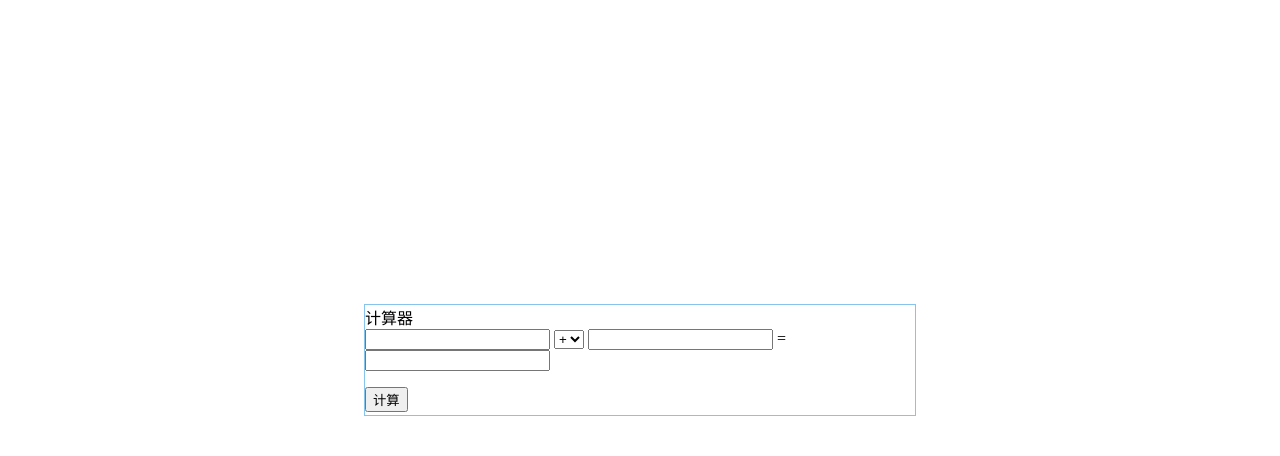
Repository: guirui-li/StudyJavaWeb
Page: http://localhost/JavawebTest/experiment03/jisuan.jsp
These files come from the project's save history. The page is drawn as it stood at one moment and after the next save; the edit follows.
The browser window is 1280 px wide. The pictures show the whole page.
The page is served by Tomcat 9. Other server files are loaded and not shown.

Above is the page before, as saved 2019-05-03 06:39:38.

### JavawebTest/WebContent/experiment03/jisuan.jsp
<%@ page language="java" contentType="text/html; charset=UTF-8"
    pageEncoding="UTF-8"%>
<!DOCTYPE html>
<html>
<head>
<meta charset="UTF-8">
<title>计算器</title>
	<style type="text/css">
		#jisuan{
			border: 1px solid #87c4ed;
			width:550px;
			height:110px;
			position: absolute;
			top:50%;
			left:50%;
			transform:translate(-50%,-50%);
		}
	</style>
</head>
<body>
	<%
		String number1str=request.getParameter("number1");
		String number2str=request.getParameter("number2");
		String optionstr=request.getParameter("select");
		String sum=request.getParameter("sum");
		if(number1str==null||number2str==null||optionstr==null||sum==null){
			number1str="";
			number2str="";
			optionstr="+";
			sum="";
		}
	%>
	<div id="jisuan">
	计算器
	<form action="dojisuan.jsp" name="form1" method="post" id="form1">
		<label>
			<input type="text" name="number1" value="<%= number1str%>"/>
		</label>
		<label>
			<select name="select">
				<option value="+" selected="selected">+</option>
				<option value="-" >-</option>
				<option value="*" >*</option>
				<option value="/" >/</option>
			</select>
		</label>
		<label>
			<input type="text" name="number2" value="<%= number2str%>">
		</label>
		=
		<label>
			<input type="text" name="sum" value="<%=sum %>">
		</label>
		<p>
			<label>
				<input type="submit" name="Submit" value="计算" />
			</label>
		</p>
	</form>
	</div>
</body>
</html>

After the next save:
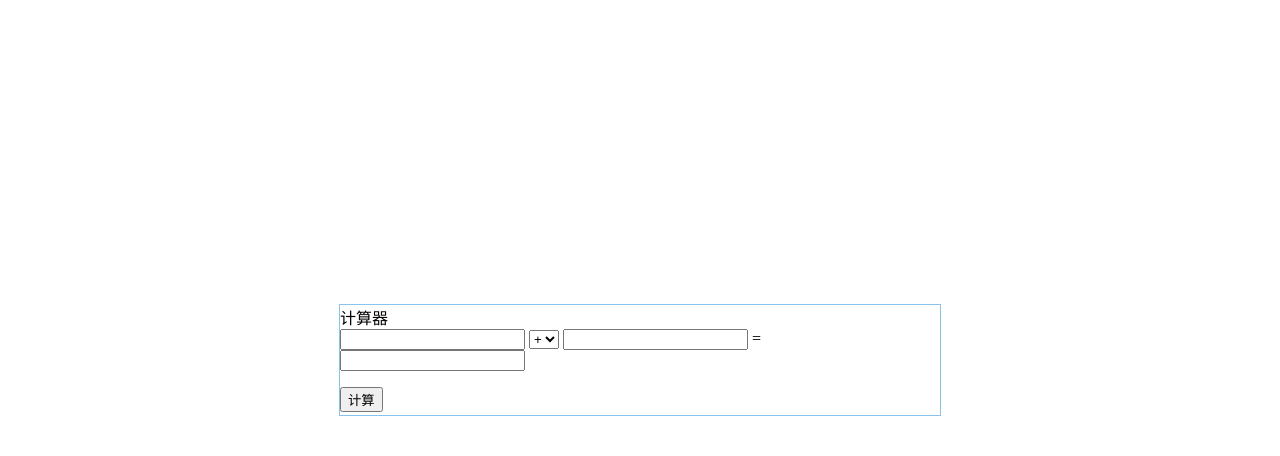
Saved 8 s later.
--- a/JavawebTest/WebContent/experiment03/jisuan.jsp
+++ b/JavawebTest/WebContent/experiment03/jisuan.jsp
@@ -8,7 +8,7 @@
 	<style type="text/css">
 		#jisuan{
 			border: 1px solid #87c4ed;
-			width:550px;
+			width:600px;
 			height:110px;
 			position: absolute;
 			top:50%;

After the save that followed:
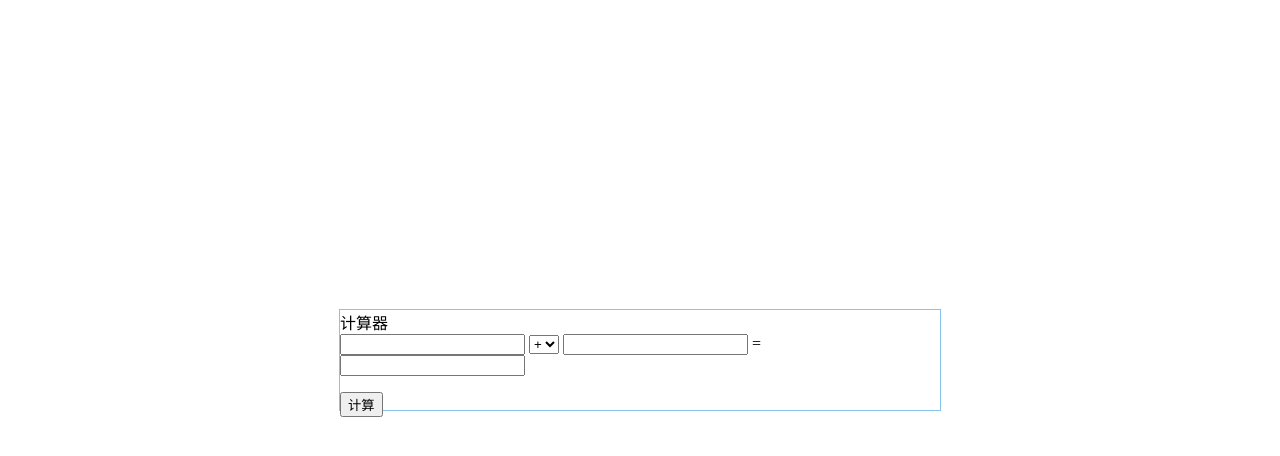
Saved 41 s later.
--- a/JavawebTest/WebContent/experiment03/jisuan.jsp
+++ b/JavawebTest/WebContent/experiment03/jisuan.jsp
@@ -9,7 +9,7 @@
 		#jisuan{
 			border: 1px solid #87c4ed;
 			width:600px;
-			height:110px;
+			height:100px;
 			position: absolute;
 			top:50%;
 			left:50%;
